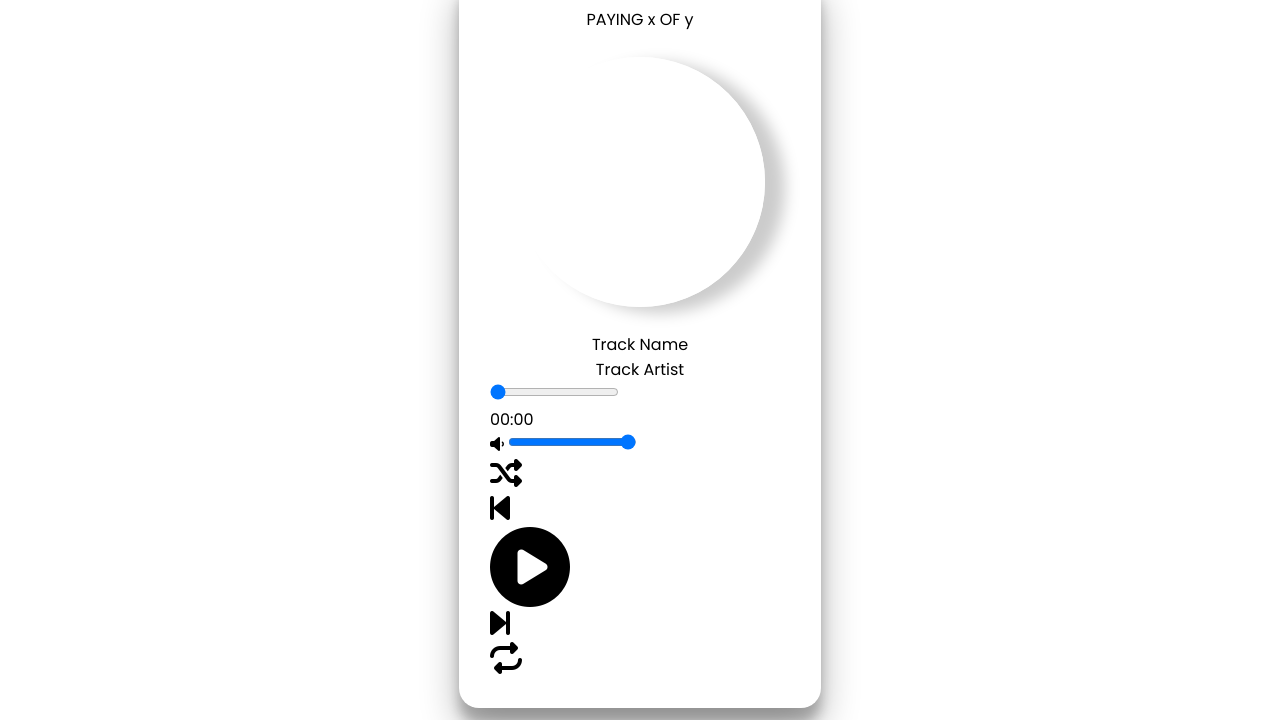
Repository: NguyenVietPhuQuy/Javascript-AudioPlayer
Page: index.html
The author's editor kept a copy of each file at every save. The page is drawn from the files as they stood at one save, then again after the next save.
The browser window is 1280 px wide. The pictures show the whole page.

Above is the page before, as saved 2022-11-09 08:31:17.

After the next save:
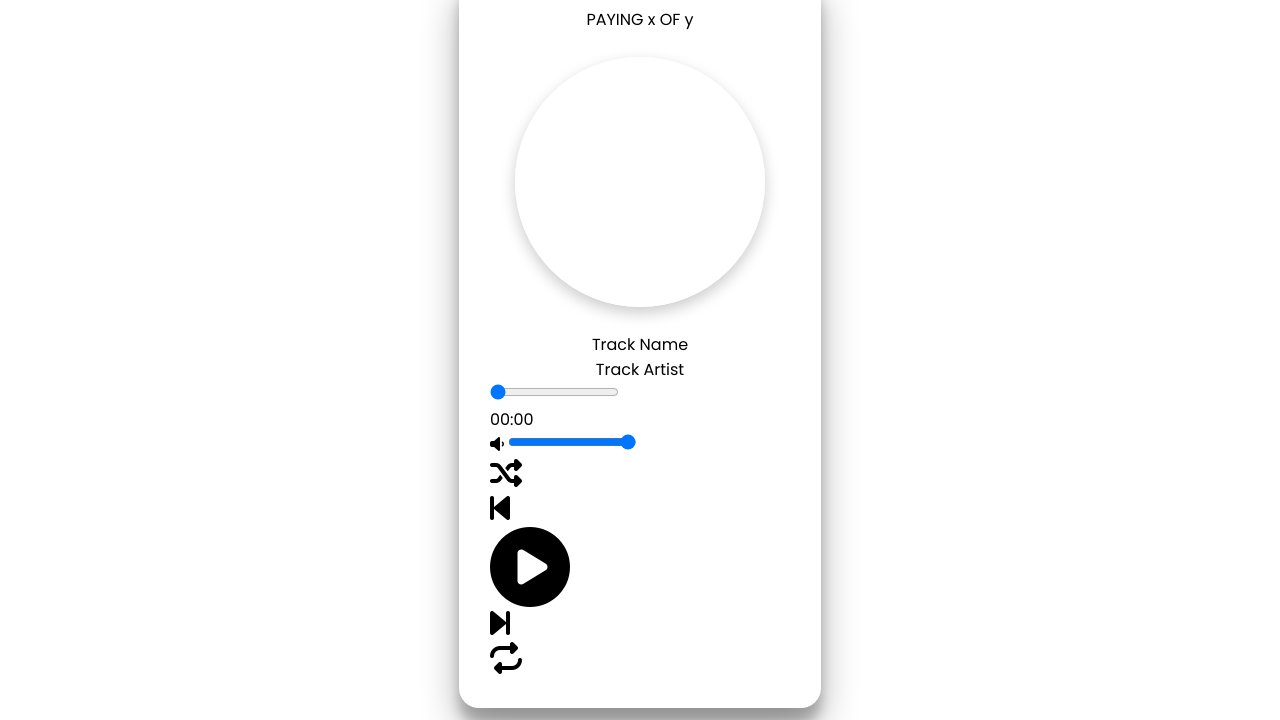
Saved 4 s later.
--- a/index.css
+++ b/index.css
@@ -35,6 +35,6 @@ img{
     border: 2px solid #fff;
     background-size: cover;
     background-position: center;
-    box-shadow: 20px 6px 15px #ccc;
+    box-shadow: 0px 6px 15px #ccc;
     border-radius: 190px;
 }
